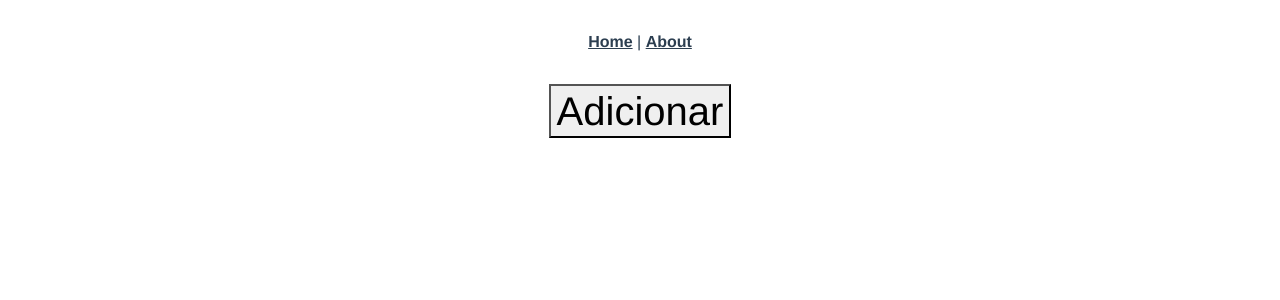
Repository: caiomitsuo/ContactsVueJs
Page: /lista
An editor plug-in stored every save of this project. The page is shown before and after a run of saves, followed by the edit.
The browser window is 1280 px wide. The pictures show the whole page.
The page's requests for data from a server got no answer. The project was rebuilt for these pictures with package versions that can differ from the ones it lists, and the page was loaded fresh each time. No one was signed in, and anything a server would have sent is missing. Also part of the build but not shown: vue.config.js, src/components/HelloWorld.vue, src/views/HomeView.vue.

Above is the page before, as saved 2022-04-30 12:10:28.

After the next 2 saves:
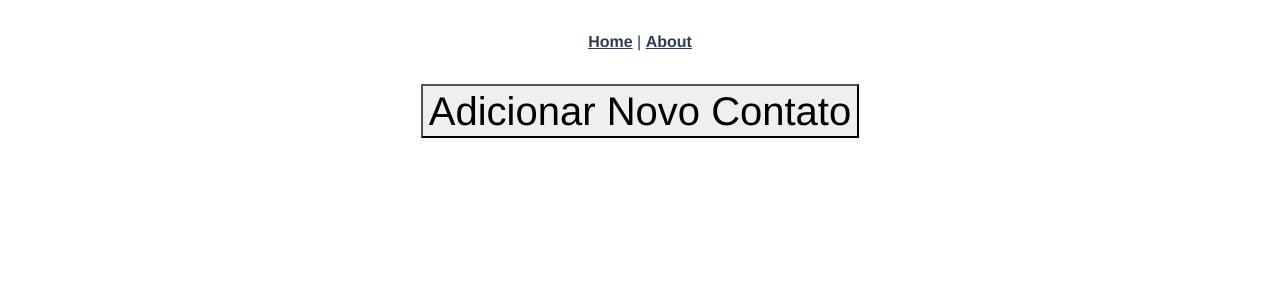
The 2 saves are shown as one change because they came seconds apart.
The last was saved 8 s later.
--- a/src/views/ListView.vue
+++ b/src/views/ListView.vue
@@ -1,6 +1,7 @@
 <template>
   <h1>
-      <button>Adicionar</button>
+      <button>Adicionar Novo Contato</button>
+
   </h1>
 </template>
 
